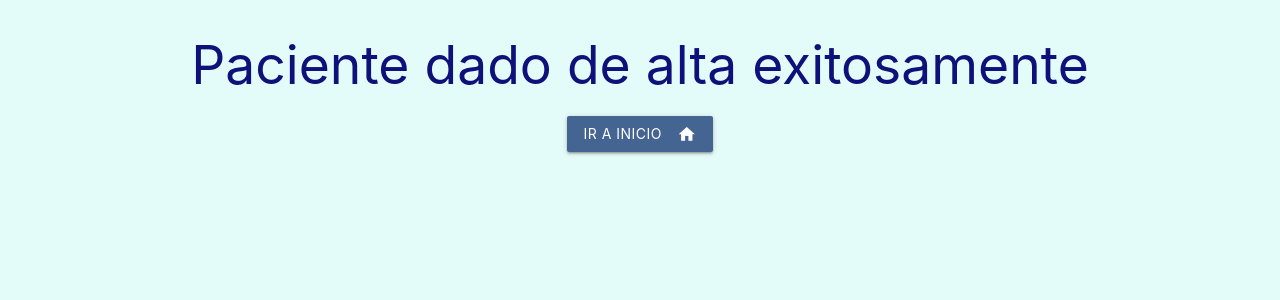
Repository: SwimmerRafa/Web-Applications
Page: http://localhost/confirmacion
The author's editor kept a record of every edit. The page is drawn from the files as they stood at one moment, then again after the next edit.
The browser window is 1280 px wide. The pictures show the whole page.
The page is served by the project's Node server (Practica4/index.js). Other server files are loaded and not shown.

Above is the page before.

### Practica4/views/confirmacion.html
<!DOCTYPE html>
<html lang="en">
    <head>
        <meta charset="UTF-8">
        <style>
            h2 {
                color: #0f117a;
            }
            h4 {
                color: #446491;
            }
            h6 {
                color: #4b89ac;
            }
        </style>
        <!--Import Google Icon Font-->
        <link
            href="https://fonts.googleapis.com/icon?family=Material+Icons"
            rel="stylesheet"
        />
        <!-- Compiled and minified CSS -->
        <link
            rel="stylesheet"
            href="https://cdnjs.cloudflare.com/ajax/libs/materialize/1.0.0/css/materialize.min.css"
        />

        <!-- Compiled and minified JavaScript -->
        <script src="https://cdnjs.cloudflare.com/ajax/libs/materialize/1.0.0/js/materialize.min.js"></script>
        <meta charset="UTF-8" />
        <meta name="viewport" content="width=device-width, initial-scale=1.0" />
        <title>Confirmacion</title>
    </head>
    <body style="background-color: #e4fcf9;">
        <h2 class="center-align">Paciente dado de alta exitosamente</h2>
        <div
            style="
                display: flex;
                align-items: center;
                justify-content: center;
                flex-direction: column;
            "
        >
            <a href="/">
                <button
                    style="background-color: #446491;"
                    class="btn waves-effect waves-light"
                    type="submit"
                    name="action"
                >
                    Ir a inicio
                    <i class="material-icons right">home</i>
                </button>
            </a>
        </div>
    </body>
</html>

### Practica4/index.js
const express = require("express");
const bodyparser = require('body-parser');
const homeRoute = require("./routes/home");
const pacienteRoutes = require("./routes/paciente_routes");
const errorControlador = require("./controllers/error");
const app = express();
app.engine("html", require("ejs").renderFile);

app.use(bodyparser.urlencoded({extended: false}));

app.use(homeRoute);
app.use(pacienteRoutes);
app.use(errorControlador.getError);

app.listen(8080, () => console.log('Running...'));

### Practica4/controllers/paciente_controller.js
const path = require("path");
const Paciente=require('../models/paciente_model');

exports.getAgregarPaciente=(req,res)=>{
    res.sendFile(path.join(__dirname, '../views', 'alta.html'));
};


exports.postAgregarPaciente=(req,res)=>{
    console.log(req.body);
    let data = req.body;
    let paciente = new Paciente(null, data.nombre, data.edad, data.genero, data.seguridad_social, data.dolor_de_garganta, data.tos_seca, data.fiebre, data.dificultad_para_respirar, data.diabetes, data.hipertension, data.sobrepeso);
    paciente.save()
    .then(()=>{
        console.log('Paciente registrado exitosamente');
        res.redirect('/confirmacion');
    })
    .catch(err=>{
        console.log(err);
        res.send('Error');
    });

};

exports.getPacientes=(req,res)=>{
    Paciente.findAll()
    .then(([rows,fields])=>{
        res.render("listaPacientes.html", {
                pacientes: rows,
            });
    })
    .catch(err=>console.log(err));
};

exports.getConfirmacion=(req,res)=>{
  res.sendFile(path.join(__dirname, '../views', 'confirmacion.html'));
};

After the next edit:
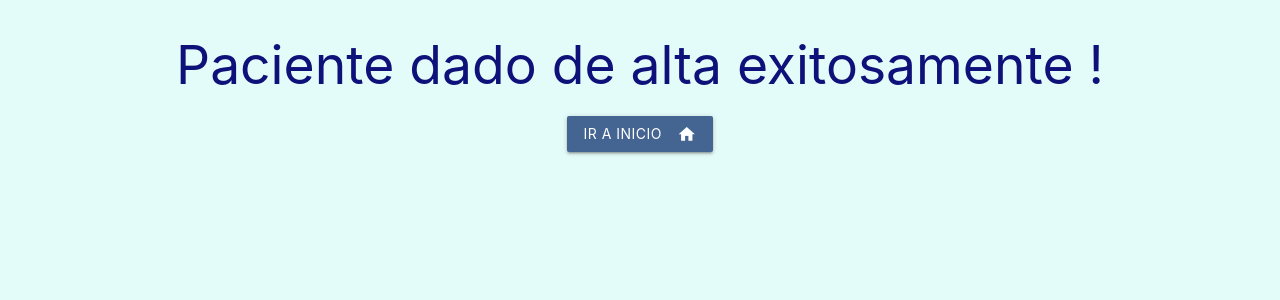
The edit:
--- a/Practica4/views/confirmacion.html
+++ b/Practica4/views/confirmacion.html
@@ -31,7 +31,7 @@
         <title>Confirmacion</title>
     </head>
     <body style="background-color: #e4fcf9;">
-        <h2 class="center-align">Paciente dado de alta exitosamente</h2>
+        <h2 class="center-align">Paciente dado de alta exitosamente !</h2>
         <div
             style="
                 display: flex;
